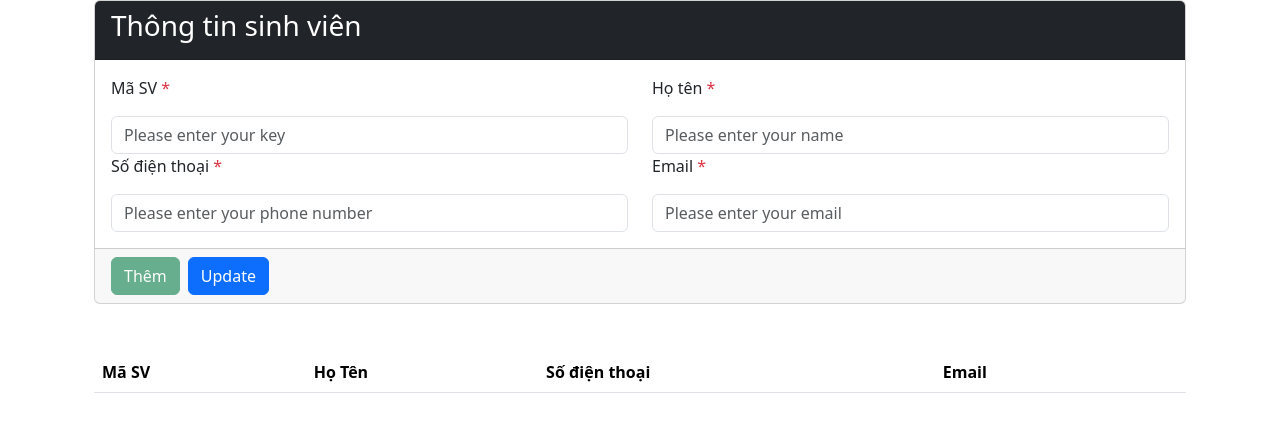
Repository: KhoiNguyen77/BT_REACT_FORM
Page: /
The author's editor kept a copy of each file at every save. The page is drawn from the files as they stood at one save, then again after the next save.
The browser window is 1280 px wide. The pictures show the whole page.
The project was rebuilt for these pictures with package versions that can differ from the ones it lists, and the page was loaded fresh each time.

Above is the page before, as saved 2023-05-27 19:09:23.

### src/FormComponent/Form.jsx
import React, { Component } from 'react'
import InputField from './InputField'
import TableField from './TableField'

export default class Form extends Component {
    state = {
        students: [],
        student: {},
    }
    add = (student) => {
        const students = [...this.state.students];
        students.push(student);
        this.setState({
            students: students
        })
    }
    delete = (key) => {
        const students = [...this.state.students];
        const findIndex = students.findIndex(student => student.key == key)
        if (findIndex) {
            students.splice(findIndex, 1)
        }
        this.setState({
            students: students
        })
    }
    edit = key => {
        const students = [...this.state.students];
        const student = students.find(student => student.key == key)
        if (student) {
            this.setState({
                student: student
            })
        }
    }

    render() {
        return (
            <div className='container'>
                <InputField add={this.add} students={this.state.students} student={this.state.student}></InputField>
                <TableField students={this.state.students} deleteStudent={this.delete} edit={this.edit}></TableField>
            </div>
        )
    }
}

### src/FormComponent/InputField.jsx
import React, { Component, PureComponent } from 'react'

export default class InputField extends PureComponent {
    constructor(props) {
        super(props);
        this.state = {
            values: {
                key: 0,
                name: "",
                phoneNumber: 0,
                email: ''
            },
            errors: {
                key: "*",
                name: "*",
                phoneNumber: "*",
                email: "*"
            },
            Disabled: true,
            editStudent: props.student
        }
    }

    UNSAFE_componentWillReceiveProps(nextProps) {
        this.setState({
            editStudent: nextProps.editStudent
        })
    }
    handleInput = e => {
        const { students } = this.props;
        const { id, value, } = e.target;
        const inputValues = { ...this.state.values }
        const errors = { ...this.state.errors }
        let message = ""
        inputValues[id] = value;
        let dataType = e.target.getAttribute("data-type");
        // eslint-disable-next-line default-case
        switch (dataType) {
            case "letter": {
                let regexLetter = /^[a-zA-Z]+$/;
                if (!regexLetter.test(value)) {
                    message = id + ' must be letters';
                }
                break;
            }
            case "number": {
                let min = JSON.parse(e.target.getAttribute("min-maxLength"))[0];
                let max = JSON.parse(e.target.getAttribute("min-maxLength"))[1];
                if (value.length < min || value.length > max) {
                    message = id + ` must be from ${min} to ${max} length`
                }
                break;
            }
            // eslint-disable-next-line no-fallthrough
            case "email": {
                var mailformat = /^(([^<>()\[\]\\.,;:\s@"]+(\.[^<>()\[\]\\.,;:\s@"]+)*)|(".+"))@((\ [[0-9]{1,3}\.[0-9]{1,3}\.[0-9]{1,3}\.[0-9]{1,3}\])|(([a-zA-Z\-0-9]+\.)+[a-zA-Z]{2,}))$/
                if (!mailformat.test(value)) {
                    message = id + ' must be in correct form'
                    break;
                }
            }
        }
        if (e.target.getAttribute("uniqe")) {
            if (students.find(student => student.key == value)) {
                message = id + " has exists!";
            }
        }
        if (value.trim() == "") {
            message = id + " can't be blank";
        }
        errors[id] = message
        let result = this.checkValidForm(errors);
        this.setState({
            values: inputValues,
            errors: errors,
            Disabled: result
        })

    }
    checkValidForm = (errors) => {
        let output = false;
        for (let key in errors) {
            if (errors[key] !== "") {
                output = true;
                break
            }
        }
        return output
    }
    handleSubmit = e => {
        e.preventDefault();
        document.querySelector("form.card").reset();
        this.setState({
            Disabled: true
        })
        const { add } = this.props;
        add(this.state.values);
    }

    render() {
        console.log(this.state.editStudent);
        return (
            <div className='container mb-5'>
                <form className='card'>
                    <div className="card-header bg-dark">
                        <h3 className='text-white'>Thông tin sinh viên</h3>
                    </div>
                    <div className="card-body">
                        <div className="row">
                            <div className="col-6">
                                <p className='d-inline-block'>Mã SV</p> <span className='text-danger'>{this.state.errors.key}</span>
                                <input type="number" id='key' uniqe="id" min-maxLength="[3,5]" data-type="number" className='form-control' onInput={this.handleInput} placeholder='Please enter your key' />
                            </div>
                            <div className="col-6">
                                <p className='d-inline-block' >Họ tên</p> <span className='text-danger'>{this.state.errors.name}</span>
                                <input type="text" id='name' data-type="letter" className='form-control' onInput={this.handleInput} placeholder='Please enter your name' />
                            </div>
                        </div>
                        <div className="row">
                            <div className="col-6">
                                <p className='d-inline-block'>Số điện thoại</p> <span className='text-danger'>{this.state.errors.phoneNumber}</span>
                                <input type="number" id='phoneNumber' className='form-control' min-maxLength="[8,10]" data-type="number" onInput={this.handleInput} placeholder='Please enter your phone number'/>
                            </div>
                            <div className="col-6">
                                <p className='d-inline-block'>Email</p> <span className='text-danger'>{this.state.errors.email}</span>
                                <input type="email" id='email' className='form-control' onInput={this.handleInput} data-type="email" placeholder='Please enter your email'/>
                            </div>
                        </div>
                    </div>
                    <div className="card-footer">
                        <button type='submit' onClick={this.handleSubmit} className='btn btn-success' disabled={this.state.Disabled}>Thêm</button>
                        <button type='submit' className='btn btn-primary mx-2'>Update</button>
                    </div>
                </form>
            </div>
        )
    }

    componentDidUpdate(prevProps, prevState) {
        if (this.state.editStudent != prevState.editStudent) {
            return true;
        } else return false;
    }
}

### src/FormComponent/TableField.jsx
import React, { Component } from 'react'

export default class TableField extends Component {

    render() {
        const { students, deleteStudent, edit } = this.props;
        return (
            <div className='container'>
                <table className='table'>
                    <thead>
                        <tr>
                            <th>Mã SV</th>
                            <th>Họ Tên</th>
                            <th>Số điện thoại</th>
                            <th>Email</th>
                            <th></th>
                        </tr>
                    </thead>
                    <tbody>
                        {students.map(student => {
                            return <tr>
                                <td>{student.key}</td>
                                <td>{student.name}</td>
                                <td>{student.phoneNumber}</td>
                                <td>{student.email}</td>
                                <td>
                                    <button className='btn btn-primary mx-3' onClick={() => {
                                        edit(student.key)
                                    }}>Edit</button>
                                    <button className='btn btn-danger' onClick={() => {
                                        deleteStudent(student.key)
                                    }}>Delete</button>
                                </td>
                            </tr>
                        })}
                    </tbody>
                </table>
            </div>
        )
    }
}

Loaded but not shown: public/index.html (common file); src/index.js (common file)

After the next save:
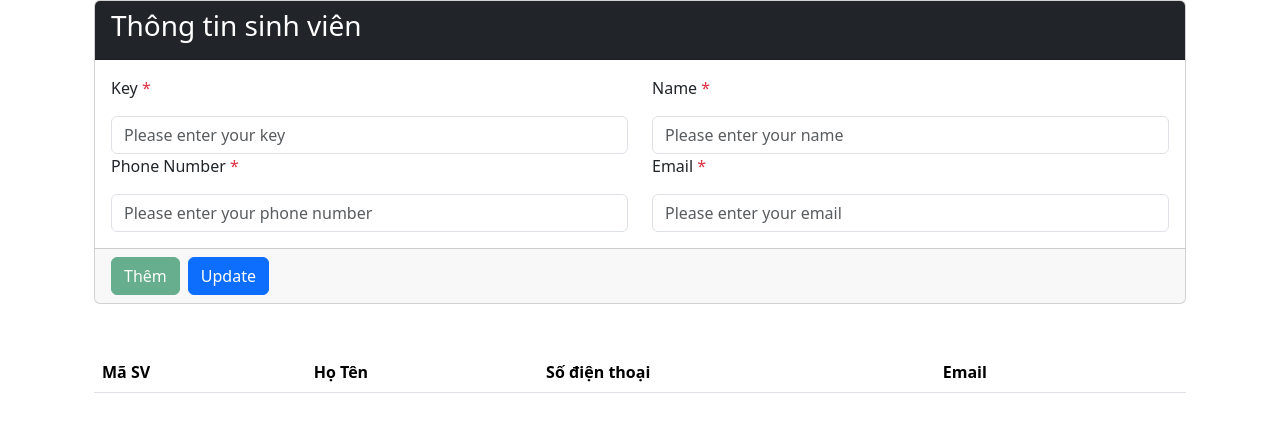
Saved 24 s later.
--- a/src/FormComponent/InputField.jsx
+++ b/src/FormComponent/InputField.jsx
@@ -108,17 +108,17 @@ export default class InputField extends PureComponent {
                     <div className="card-body">
                         <div className="row">
                             <div className="col-6">
-                                <p className='d-inline-block'>Mã SV</p> <span className='text-danger'>{this.state.errors.key}</span>
+                                <p className='d-inline-block'>Key</p> <span className='text-danger'>{this.state.errors.key}</span>
                                 <input type="number" id='key' uniqe="id" min-maxLength="[3,5]" data-type="number" className='form-control' onInput={this.handleInput} placeholder='Please enter your key' />
                             </div>
                             <div className="col-6">
-                                <p className='d-inline-block' >Họ tên</p> <span className='text-danger'>{this.state.errors.name}</span>
+                                <p className='d-inline-block' >Name</p> <span className='text-danger'>{this.state.errors.name}</span>
                                 <input type="text" id='name' data-type="letter" className='form-control' onInput={this.handleInput} placeholder='Please enter your name' />
                             </div>
                         </div>
                         <div className="row">
                             <div className="col-6">
-                                <p className='d-inline-block'>Số điện thoại</p> <span className='text-danger'>{this.state.errors.phoneNumber}</span>
+                                <p className='d-inline-block'>Phone Number</p> <span className='text-danger'>{this.state.errors.phoneNumber}</span>
                                 <input type="number" id='phoneNumber' className='form-control' min-maxLength="[8,10]" data-type="number" onInput={this.handleInput} placeholder='Please enter your phone number'/>
                             </div>
                             <div className="col-6">
